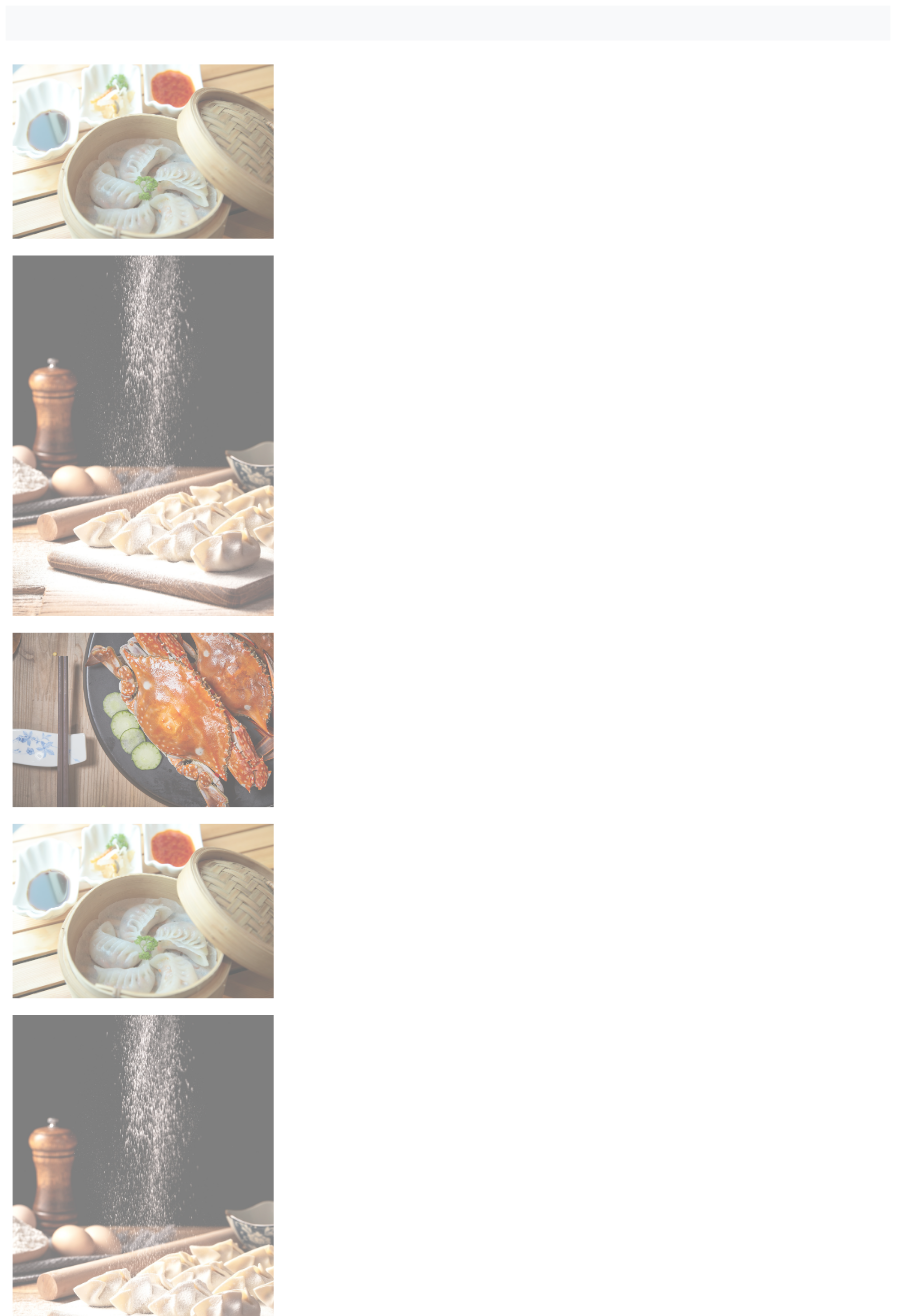
Repository: gyfffffff/meishimeike_test
Page: meishimeike/test.html
An editor plug-in stored every save of this project. The page is shown before and after the next save, followed by the edit.
The browser window is 1280 px wide. The page is 1280 px wide, then 1288 px, then 1280 px, so the pictures cover 1288 px, including what lies to the right of the window. The pictures show the part of the page from y = 0 to 1880 px (the page is 3345 px tall before and 3947 px after), at 70% of full size.

Above is the page before, as saved 2023-07-13 18:02:28.

### meishimeike/test.html
<!DOCTYPE html>
<html lang="en">

<head>
    <meta charset="UTF-8">
    <meta name="viewport" content="width=device-width, initial-scale=1.0">
    <style>
        /* 设置顶部导航栏样式 */
        .navbar {
            background-color: #f8f9fa;
            height: 50px;
        }

        /* 设置图片容器样式 */
        .image-container {
            position: relative;
            display: inline-block;
            margin: 10px;
        }

        /* 设置图片样式 */
        .image-container img {
            display: block;
            width: 30%;
            opacity: 0.6;
            transition: opacity 0.3s ease-in-out;
        }

        /* 设置鼠标悬停时的透明度 */
        .image-container:hover img {
            opacity: 0.4;
        }

        /* 设置覆盖在图片上的DIV样式 */
        .image-container .overlay {
            position: absolute;
            top: 0;
            left: 0;
            width: 30%;
            height: 100%;
            background-color: rgba(0, 0, 0, 0.5);
            /* 调整颜色和透明度 */
            display: flex;
            align-items: center;
            justify-content: center;
            color: #fff;
            font-size: 24px;
            text-align: center;
            opacity: 0;
            transition: opacity 0.3s ease-in-out;
        }

        /* 设置鼠标悬停时覆盖层的透明度 */
        .image-container:hover .overlay {
            opacity: 1;
        }
    </style>
    <title>Image Waterfall Layout</title>
</head>

<body>
    <nav class="navbar">
        <!-- 导航栏内容 -->
    </nav>

    <thead>
        <tr>
            <th><div class="image-container"></div></th>
            <th><div class="image-container"></div></th>
            <th><div class="image-container"></div></th>
        </tr>
    </thead>
    <tbody>
        <tr class="colum">
            <td>
                <div class="image-container">
                    <img src="../images/dimsum-gdc2119ebe_1280.jpg" alt="Image 1">
                    <div class="overlay">Overlay Content</div>
                </div>
            </td>
            <td>
                <div class="image-container">
                    <img src="../images/dumplings-ga37414565_1920.jpg" alt="Image 2">
                    <div class="overlay">Overlay Content</div>
                </div>
            </td>
            <td>
                <div class="image-container">
                    <img src="../images/seafood-g05eaec168_1920.jpg" alt="Image 3">
                    <div class="overlay">Overlay Content</div>
                </div>
            </td>
        </tr>
                <tr class="colum">
                    <td>
                        <div class="image-container">
                            <img src="../images/dimsum-gdc2119ebe_1280.jpg" alt="Image 1">
                            <div class="overlay">Overlay Content</div>
                        </div>
                    </td>
                    <td>
                        <div class="image-container">
                            <img src="../images/dumplings-ga37414565_1920.jpg" alt="Image 2">
                            <div class="overlay">Overlay Content</div>
                        </div>
                    </td>
                    <td>
                        <div class="image-container">
                            <img src="../images/seafood-g05eaec168_1920.jpg" alt="Image 3">
                            <div class="overlay">Overlay Content</div>
                        </div>
                    </td>
                </tr>
                <tr class="colum">
                    <td>
                        <div class="image-container">
                            <img src="../images/dimsum-gdc2119ebe_1280.jpg" alt="Image 1">
                            <div class="overlay">Overlay Content</div>
                        </div>
                    </td>
                    <td>
                        <div class="image-container">
                            <img src="../images/dumplings-ga37414565_1920.jpg" alt="Image 2">
                            <div class="overlay">Overlay Content</div>
                        </div>
                    </td>
                    <td>
                        <div class="image-container">
                            <img src="../images/seafood-g05eaec168_1920.jpg" alt="Image 3">
                            <div class="overlay">Overlay Content</div>
                        </div>
                    </td>
                </tr>
    </tbody>






    <!-- 更多图片容器 -->

</body>

</html>

After the next save:
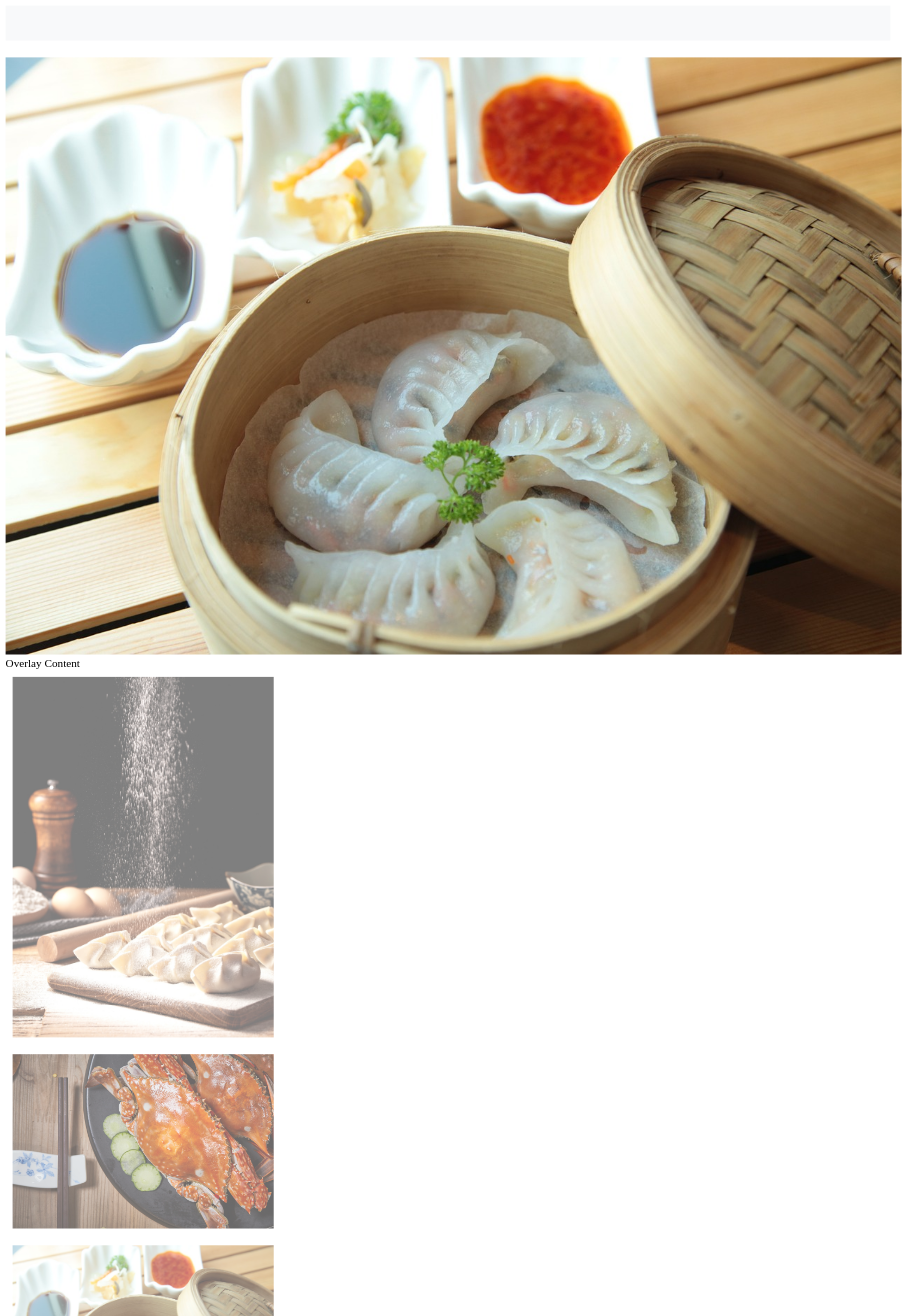
Saved 7 s later.
--- a/meishimeike/test.html
+++ b/meishimeike/test.html
@@ -73,10 +73,10 @@
     <tbody>
         <tr class="colum">
             <td>
-                <div class="image-container">
+                <!-- <div class="image-container"> -->
                     <img src="../images/dimsum-gdc2119ebe_1280.jpg" alt="Image 1">
                     <div class="overlay">Overlay Content</div>
-                </div>
+                <!-- </div> -->
             </td>
             <td>
                 <div class="image-container">

After the save that followed:
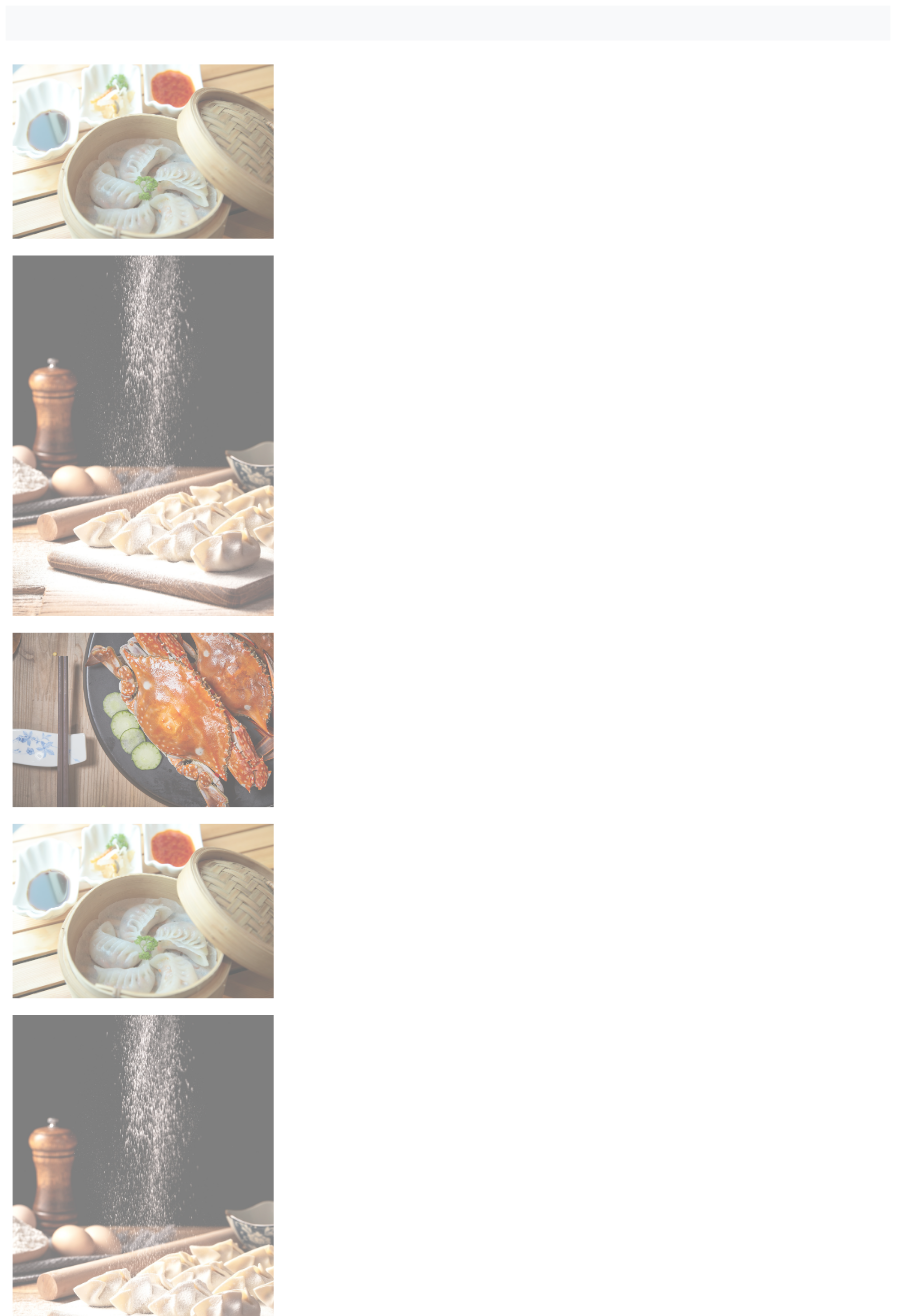
Saved 11 s later.
--- a/meishimeike/test.html
+++ b/meishimeike/test.html
@@ -73,10 +73,10 @@
     <tbody>
         <tr class="colum">
             <td>
-                <!-- <div class="image-container"> -->
+                <div class="image-container">
                     <img src="../images/dimsum-gdc2119ebe_1280.jpg" alt="Image 1">
                     <div class="overlay">Overlay Content</div>
-                <!-- </div> -->
+                </div>
             </td>
             <td>
                 <div class="image-container">
